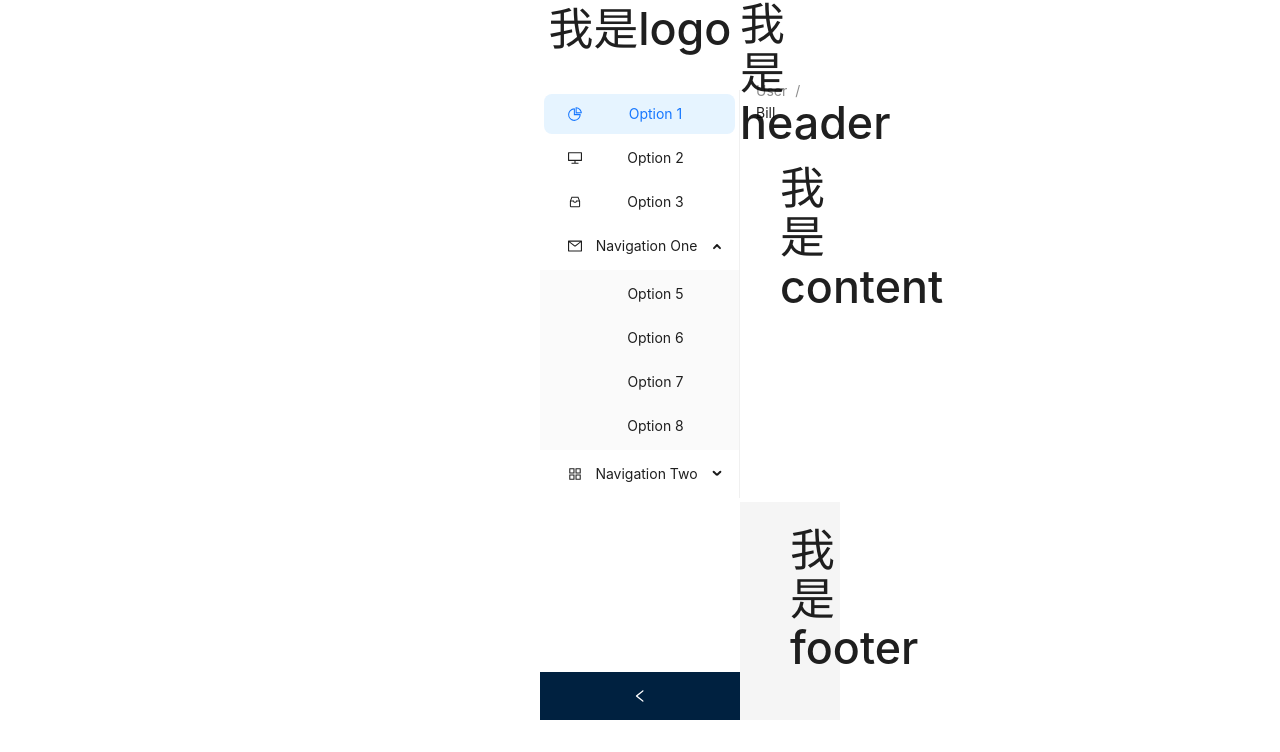
Repository: chenyl8848/chen-tool-collection
Page: /
An editor plug-in stored every save of this project. The page is shown before and after the next save, followed by the edit.
The browser window is 1280 px wide. The pictures show the whole page.
The project was rebuilt for these pictures with package versions that can differ from the ones it lists, and the page was loaded fresh each time. Also part of the build but not shown: vite.config.ts, src/components/HelloWorld.vue.

Above is the page before, as saved 2024-01-09 11:04:09.

### src/main.ts
import { createApp } from 'vue'
import './style.css'

// import Antd from 'ant-design-vue';
import 'ant-design-vue/dist/reset.css';

import App from './App.vue'

const app = createApp(App)

// app.use(Antd)

app.mount('#app')

### src/App.vue
<script setup lang="ts">
import Layout from '@/layout/index.vue';
</script>

<template>
  <div>
    <Layout></Layout>
  </div>
</template>

<style scoped>
</style>

### src/layout/index.vue
<script lang="ts" setup>
import Logo from '@/layout/siderbar/logo/index.vue'
import Menu from '@/layout/siderbar/menu/index.vue'
import Header from '@/layout/header/index.vue'
import Footer from '@/layout/footer/index.vue'
import Content from '@/layout/content/index.vue'
</script>

<template>
    <a-layout class="layout">
        <a-layout-sider v-model:collapsed="collapsed" collapsible class="layout-siderbar">
            <div class="logo">
                <Logo></Logo>
            </div>
            <div class="menu">
                <Menu></Menu>
            </div>
        </a-layout-sider>
        <a-layout>
            <a-layout-header class="layout-header">
                <Header></Header>
            </a-layout-header>
            <a-layout-content class="layout-content">
                <a-breadcrumb style="margin: 16px 0">
                    <a-breadcrumb-item>User</a-breadcrumb-item>
                    <a-breadcrumb-item>Bill</a-breadcrumb-item>
                </a-breadcrumb>
                <div :style="{ padding: '24px', background: '#fff', minHeight: '360px' }">
                    <Content></Content>
                </div>
            </a-layout-content>
            <a-layout-footer style="text-align: center">
                <Footer></Footer>
            </a-layout-footer>
        </a-layout>
    </a-layout>
</template>

<style scoped>
.layout {
    min-height: 100vh;

}

.layout-siderbar {
    background-color: white;

}

.logo {
    padding: 5px;
    height: 90px;
}

.layout-header {
    background: #fff;
    padding: 0
}

.layout-content {
    margin: 0 16px;
}
</style>

### src/layout/siderbar/logo/index.vue
<script lang="ts" setup>

</script>

<template>
  <div>
    <h1>我是logo</h1>
  </div>
</template>

### src/layout/siderbar/menu/index.vue
<template>
    <div>
      <a-menu
        v-model:openKeys="state.openKeys"
        v-model:selectedKeys="state.selectedKeys"
        mode="inline"
        :inline-collapsed="state.collapsed"
        :items="items"
      ></a-menu>
    </div>
  </template>
  <script lang="ts" setup>
  import { reactive, watch, h } from 'vue';
  import {
    MenuFoldOutlined,
    MenuUnfoldOutlined,
    PieChartOutlined,
    MailOutlined,
    DesktopOutlined,
    InboxOutlined,
    AppstoreOutlined,
  } from '@ant-design/icons-vue';
  const state = reactive({
    collapsed: false,
    selectedKeys: ['1'],
    openKeys: ['sub1'],
    preOpenKeys: ['sub1'],
  });
  const items = reactive([
    {
      key: '1',
      icon: () => h(PieChartOutlined),
      label: 'Option 1',
      title: 'Option 1',
    },
    {
      key: '2',
      icon: () => h(DesktopOutlined),
      label: 'Option 2',
      title: 'Option 2',
    },
    {
      key: '3',
      icon: () => h(InboxOutlined),
      label: 'Option 3',
      title: 'Option 3',
    },
    {
      key: 'sub1',
      icon: () => h(MailOutlined),
      label: 'Navigation One',
      title: 'Navigation One',
      children: [
        {
          key: '5',
          label: 'Option 5',
          title: 'Option 5',
        },
        {
          key: '6',
          label: 'Option 6',
          title: 'Option 6',
        },
        {
          key: '7',
          label: 'Option 7',
          title: 'Option 7',
        },
        {
          key: '8',
          label: 'Option 8',
          title: 'Option 8',
        },
      ],
    },
    {
      key: 'sub2',
      icon: () => h(AppstoreOutlined),
      label: 'Navigation Two',
      title: 'Navigation Two',
      children: [
        {
          key: '9',
          label: 'Option 9',
          title: 'Option 9',
        },
        {
          key: '10',
          label: 'Option 10',
          title: 'Option 10',
        },
        {
          key: 'sub3',
          label: 'Submenu',
          title: 'Submenu',
          children: [
            {
              key: '11',
              label: 'Option 11',
              title: 'Option 11',
            },
            {
              key: '12',
              label: 'Option 12',
              title: 'Option 12',
            },
          ],
        },
      ],
    },
  ]);
  watch(
    () => state.openKeys,
    (_val, oldVal) => {
      state.preOpenKeys = oldVal;
    },
  );
  const toggleCollapsed = () => {
    state.collapsed = !state.collapsed;
    state.openKeys = state.collapsed ? [] : state.preOpenKeys;
  };
  </script>

### src/layout/header/index.vue
<script lang="ts" setup>

</script>

<template>
  <div>
    <h1>我是header</h1>
  </div>
</template>

### src/layout/footer/index.vue
<script lang="ts" setup>

</script>

<template>
  <div>
    <h1>我是footer</h1>
  </div>
</template>

### src/layout/content/index.vue
<script lang="ts" setup>

</script>

<template>
  <div>
    <h1>我是content</h1>
  </div>
</template>

Loaded but not shown: index.html (common file); src/style.css (common file)

After the next save:
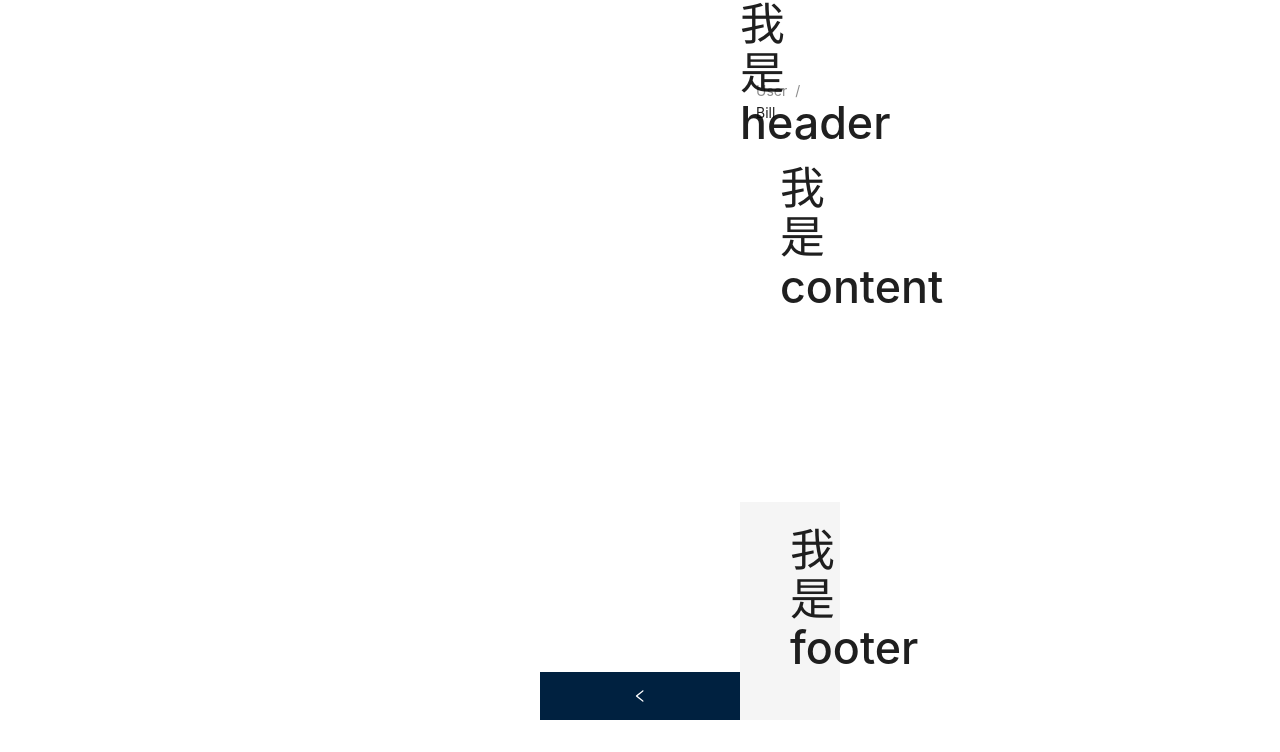
Saved 58 s later.
--- a/src/layout/index.vue
+++ b/src/layout/index.vue
@@ -9,12 +9,12 @@
 <template>
     <a-layout class="layout">
         <a-layout-sider v-model:collapsed="collapsed" collapsible class="layout-siderbar">
-            <div class="logo">
+            <!-- <div class="logo">
                 <Logo></Logo>
             </div>
             <div class="menu">
                 <Menu></Menu>
-            </div>
+            </div> -->
         </a-layout-sider>
         <a-layout>
             <a-layout-header class="layout-header">
